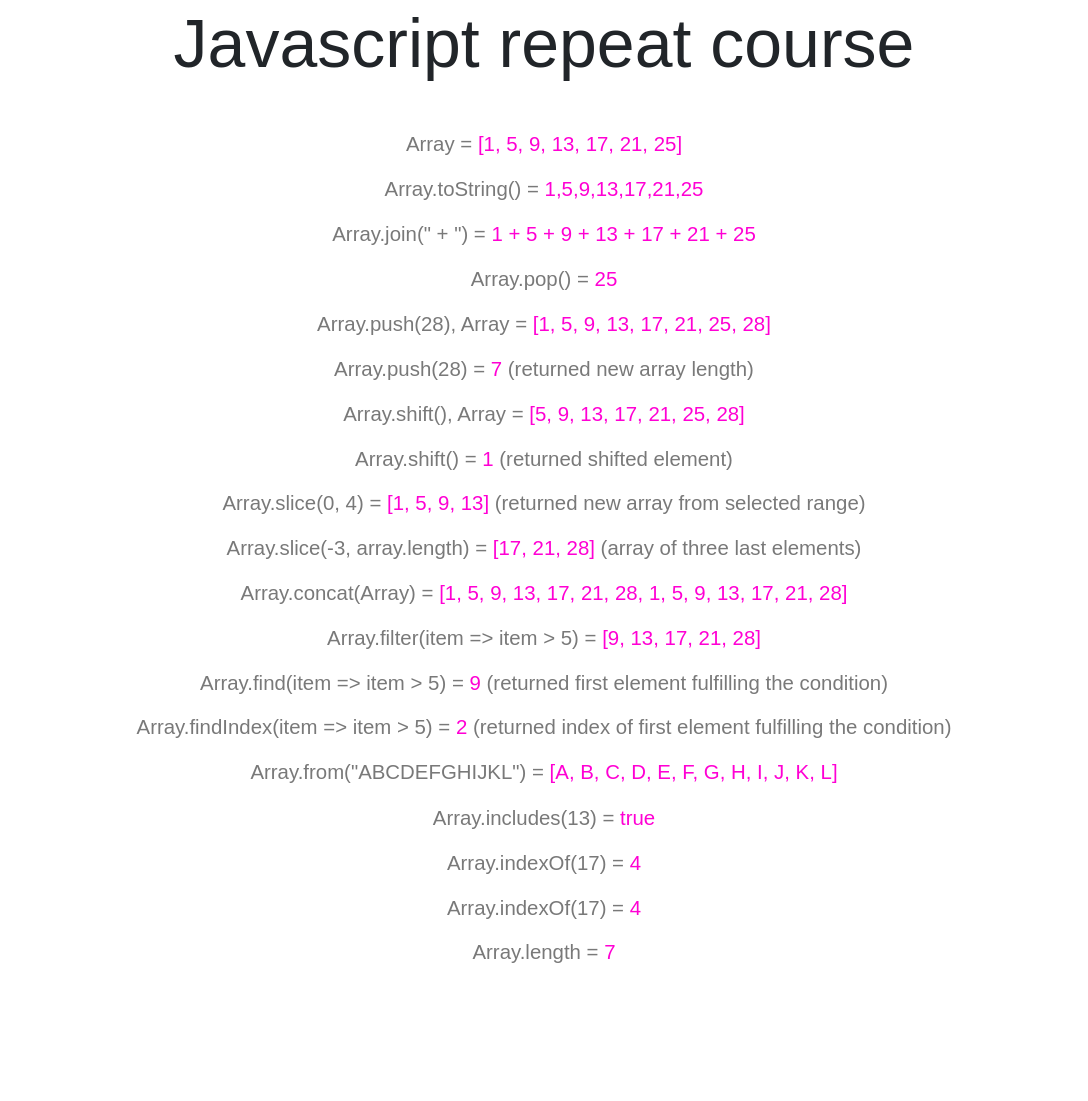
Repository: michalgornicki/javascript
Page: /
These files come from the project's save history. The page is drawn as it stood at one moment and after the next save; the edit follows.
The browser window is 1280 px wide. The pictures show the whole page, at 85% of full size.
The project was rebuilt for these pictures with package versions that can differ from the ones it lists, and the page was loaded fresh each time. Also part of the build but not shown: src/index.css.

Above is the page before, as saved 2022-01-31 13:23:57.

### src/App.jsx
import React from "react";
import "./App.css";
import "bootstrap/dist/css/bootstrap.min.css";

function App() {
  const array = [1, 5, 9, 13, 17, 21, 25];

  console.log(array);

  return (
    <div className="text-center">
      <div className="display-1 mt-1 mb-5">Javascript repeat course</div>
      <div className="js-item h4 py-2">
        {" "}
        <span className="">Array = </span>
        <span className="text-pink">[{array.join(", ")}]</span>
      </div>
      <div className="js-item h4 py-2">
        {" "}
        <span className="">Array.toString() =</span> <span className="text-pink">{array.toString()}</span>
      </div>
      <div className="js-item h4 py-2">
        {" "}
        <span className="">Array.join(" + ") =</span> <span className="text-pink">{array.join(" + ")}</span>
      </div>
      <div className="js-item h4 py-2">
        {" "}
        <span className="">Array.pop() =</span> <span className="text-pink">{array.pop()}</span>
      </div>
      <div className="js-item h4 py-2">
        {" "}
        <span className="">Array.push(28), Array =</span> <span className="text-pink">[1, 5, 9, 13, 17, 21, 25, 28]</span>
      </div>
      <div className="js-item h4 py-2">
        {" "}
        <span className="">Array.push(28) =</span> <span className="text-pink"> {array.push(28)}</span> (returned new array length)
      </div>
      <div className="js-item h4 py-2">
        {" "}
        <span className="">Array.shift(), Array =</span> <span className="text-pink"> [5, 9, 13, 17, 21, 25, 28]</span>
      </div>
      <div className="js-item h4 py-2">
        {" "}
        <span className="">Array.shift() =</span> <span className="text-pink">1</span> (returned shifted element)
      </div>
      <div className="js-item h4 py-2">
        {" "}
        <span className="">Array.slice(0, 4) =</span> <span className="text-pink">[{array.slice(0, 4).join(", ")}]</span> (returned new array from selected range)
      </div>
      <div className="js-item h4 py-2">
        {" "}
        <span className="">Array.slice(-3, array.length) =</span> <span className="text-pink">[{array.slice(-3, array.length).join(", ")}]</span> (array of three last elements)
      </div>
      <div className="js-item h4 py-2">
        {" "}
        <span className="">Array.concat(Array) =</span> <span className="text-pink">[{array.concat(array).join(", ")}]</span>
      </div>
      <div className="js-item h4 py-2">
        {" "}
        <span className="">
          Array.filter(item {"=>"} item {">"} 5) =
        </span>{" "}
        <span className="text-pink">[{array.filter((item) => item > 5).join(", ")}]</span>
      </div>
      <div className="js-item h4 py-2">
        {" "}
        <span className="">
          Array.find(item {"=>"} item {">"} 5) =
        </span>
        <span className="text-pink"> {array.find((item) => item > 5)} </span> (returned first element fulfilling the condition)
      </div>
      <div className="js-item h4 py-2">
        {" "}
        <span className="">
          Array.findIndex(item {"=>"} item {">"} 5) =
        </span>
        <span className="text-pink"> {array.findIndex((item) => item > 5)} </span> (returned index of first element fulfilling the condition)
      </div>
      <div className="js-item h4 py-2">
        {" "}
        <span className="">
         Array.from("ABCDEFGHIJKL") =
        </span>
        <span className="text-pink"> [{Array.from("ABCDEFGHIJKL").join(", ")}] </span>
      </div>
      <div className="js-item h4 py-2">
        {" "}
        <span className="">
         Array.includes(13) =
        </span>
        <span className="text-pink"> { "true" } </span>
      </div>
      <div className="js-item h4 py-2">
        {" "}
        <span className="">
         Array.indexOf(17) =
        </span>
        <span className="text-pink"> { array.indexOf(17) } </span>
      </div>
      <div className="js-item h4 py-2">
        {" "}
        <span className="">
         Array.indexOf(17) =
        </span>
        <span className="text-pink"> { array.lastIndexOf(17) } </span>
      </div>
      <div className="js-item h4 py-2">
        {" "}
        <span className="">
         Array.length =
        </span>
        <span className="text-pink"> { array.length } </span>
      </div>


    </div>
  );
}

export default App;

### src/App.css
body{
    font-family: Arial, Helvetica, sans-serif!important;
    overflow-x: hidden;
    padding-bottom: 20vh;
}

.js-item{
    color:rgb(121, 121, 121);
    transition: 0.2s;
}

.js-item:hover{
    cursor: pointer;
}

.text-pink{
    color:rgb(255, 0, 212)!important;
}

Loaded but not shown: public/index.html (common file); src/index.js (common file); src/reportWebVitals.js (common file)

After the next save:
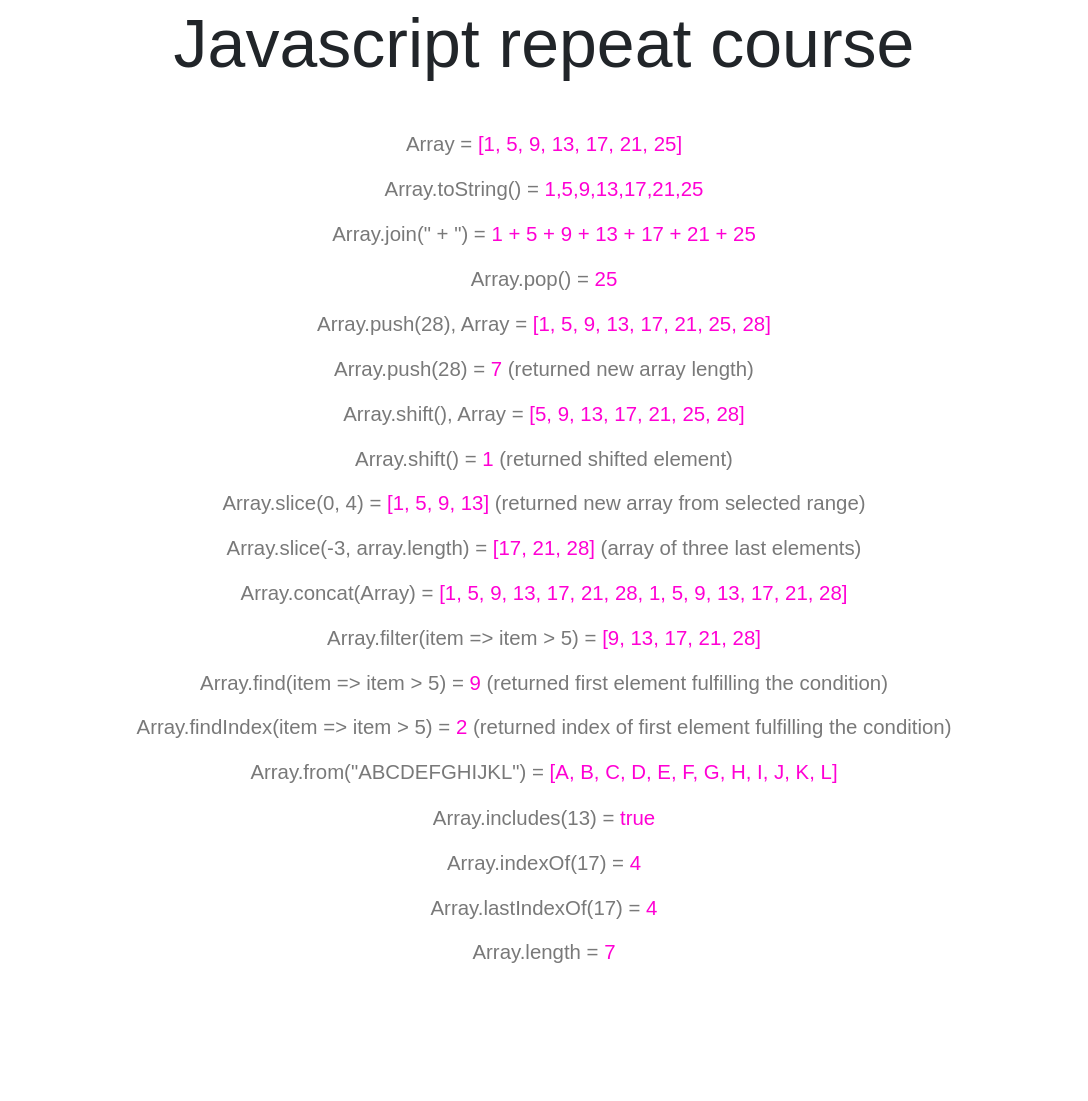
Saved 5 s later.
--- a/src/App.jsx
+++ b/src/App.jsx
@@ -100,7 +100,7 @@ function App() {
       <div className="js-item h4 py-2">
         {" "}
         <span className="">
-         Array.indexOf(17) =
+         Array.lastIndexOf(17) =
         </span>
         <span className="text-pink"> { array.lastIndexOf(17) } </span>
       </div>
